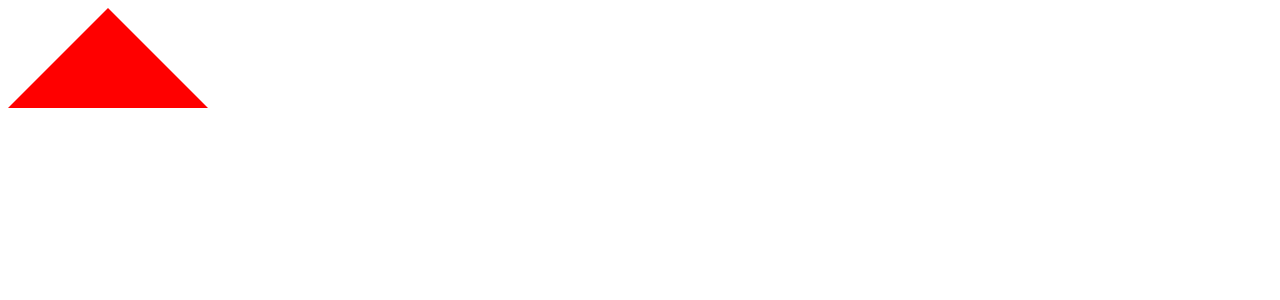
Repository: samllbin/for-meeting
Page: 手写/index.html
These files come from the project's save history. The page is drawn as it stood at one moment and after the next save; the edit follows.
The browser window is 1280 px wide. The pictures show the whole page.

Above is the page before, as saved 2024-02-28 20:43:06.

### 手写/index.html
<!DOCTYPE html>
<html lang="en">
  <head>
    <meta charset="UTF-8" />
    <meta name="viewport" content="width=device-width, initial-scale=1.0" />
    <title>Document</title>
  </head>
  <style>
    .tri {
      width: 0;
      width: 0;
      height: 0;
      border-bottom: 100px solid red;
      border-left: 100px solid transparent;
      border-right: 100px solid transparent;
      /* border-top: 100px solid green; */
    }
  </style>
  <body>
    <div class="tri"></div>
  </body>
  <script>
    // function foo() {}
    // const obj = {
    //   name: "dcb",
    //   age: 19,
    // };
    // let valueClass = Object.prototype.toString.call(obj),
    //   type = valueClass.split(" ")[1].split("");
    // console.log(valueClass);
    // console.log(type);
    // type.pop();

    // console.log(foo.__proto__ === Function.prototype);
    // console.log(type.join("").toLowerCase());
    // console.log(obj);
    // function sum(...args) {
    //   let total = 0;
    //   function temp() {
    //     let args = arguments || [];
    //     args = Array.from(args);

    //     total = args.reduce((pre, cur) => {
    //       return pre + cur;
    //     }, total);
    //     return temp;
    //   }
    //   temp.toString = function () {
    //     console.log(total);
    //   };
    //   return temp(...args);
    // }

    // sum(1, 2)(3)(4, 5).toString();
    // console.log(window.a, a);
    var length = 10;
    function fn() {
      console.log(this.length);
    }

    var obj = {
      length: 5,
      method: function (fn) {
        fn();
        arguments[0]();
      },
    };

    obj.method(fn, 1);
  </script>
</html>

After the next save:
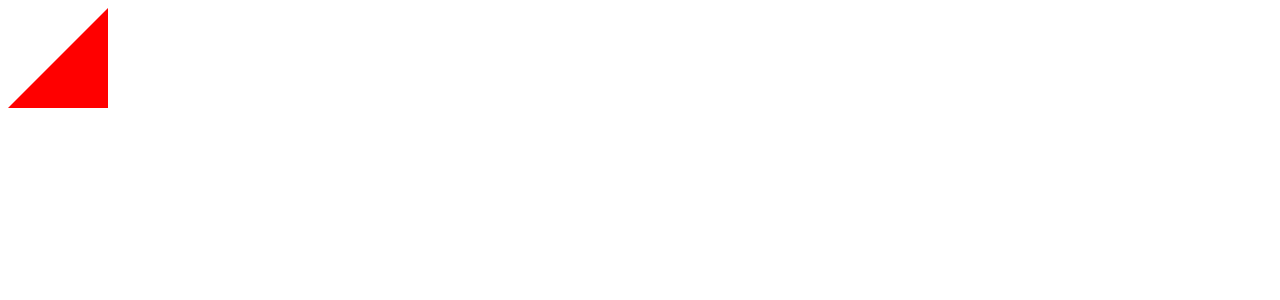
Saved 12 s later.
--- a/手写/index.html
+++ b/手写/index.html
@@ -12,7 +12,7 @@
       height: 0;
       border-bottom: 100px solid red;
       border-left: 100px solid transparent;
-      border-right: 100px solid transparent;
+      /* border-right: 100px solid transparent; */
       /* border-top: 100px solid green; */
     }
   </style>
